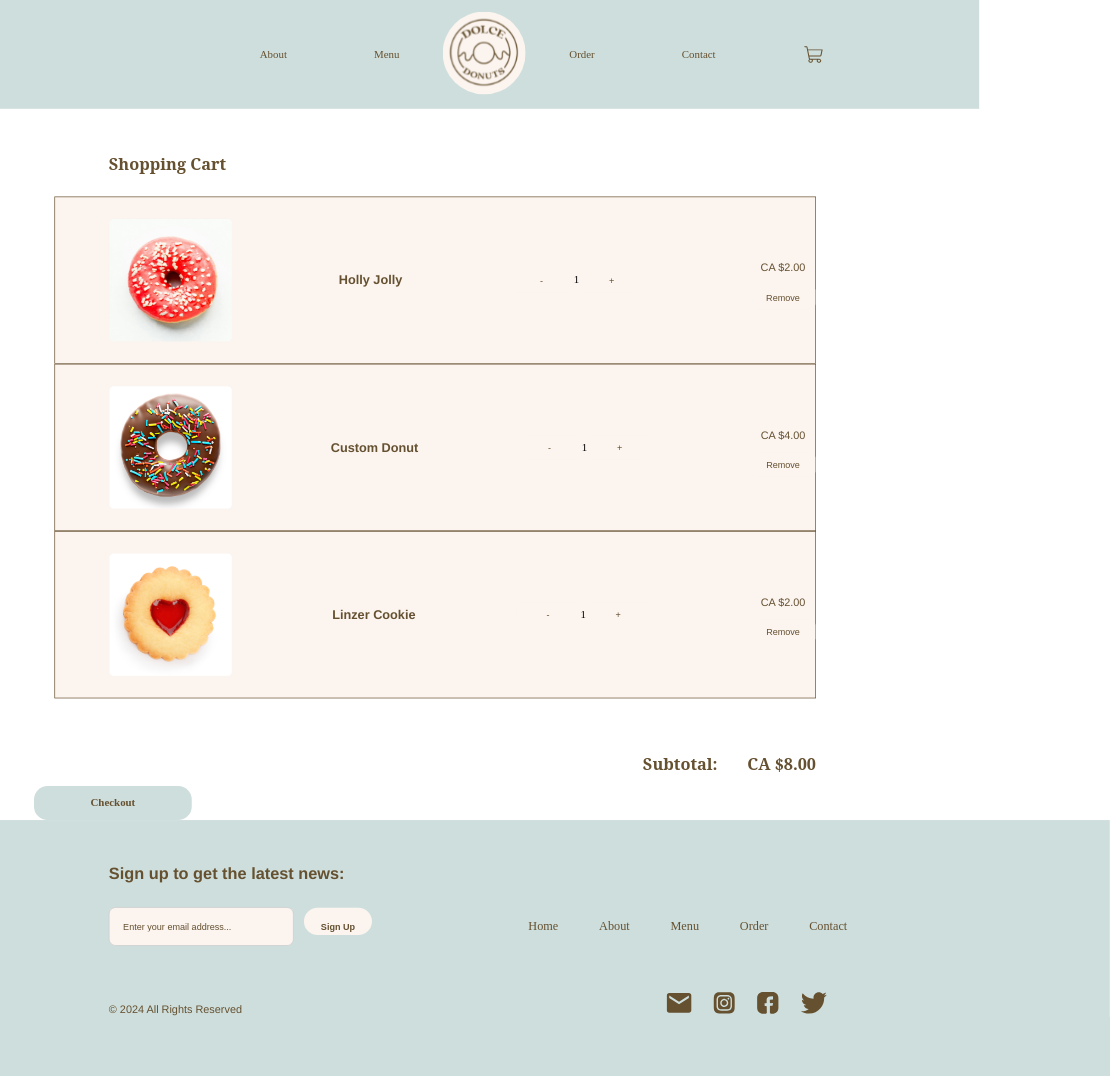
Repository: Crystalhtc/dolcedonuts
Page: /cart
The author's editor kept a copy of each file at every save. The page is drawn from the files as they stood at one save, then again after the next save.
The browser window is 1280 px wide. The page is 1632 px wide, so the pictures cover 1632 px, including what lies to the right of the window. The pictures show the whole page, at 68% of full size.
The project was rebuilt for these pictures with package versions that can differ from the ones it lists, and the page was loaded fresh each time. Also part of the build but not shown: vite.config.js, src/pages/Home.module.css, src/components/ProductCard/ProductCard.jsx, src/Data/products.js, src/pages/Order.css, src/pages/Menu.jsx, src/pages/Order.jsx, src/pages/Contact.module.css and 17 more.

Above is the page before, as saved 2024-10-21 05:48:30.

### src/App.jsx
import React from 'react';
import "./App.css";
import { BrowserRouter as Router, Route, Routes } from 'react-router-dom';
import Header from './components/Header/Header';
import Footer from './components/Footer/Footer';
import Home from './pages/Home';
import Menu from './pages/menu';
import Order from './pages/order';
import Contact from './pages/Contact';
import About from './pages/About';
import Checkout from './pages/Checkout';
import Cart from './pages/Cart';
import ProductDetails from './pages/ProductDetails';
import PaymentReview from './pages/PaymentReview';

function App() {

  return (
    <Router>
      <Header />
      <Routes>
        <Route path="/" element={<Home />} />
        <Route path="/about" element={<About />} />
        <Route path="/menu" element={<Menu />} />
        <Route path="/order" element={<Order />} />
        <Route path="/productdetails/:id" element={<ProductDetails />} />
        <Route path="/contact" element={<Contact />} />
        <Route path="/cart" element={<Cart />} />
        <Route path="/checkout" element={<Checkout />} />
        <Route path="/paymentreview" element={<PaymentReview />} />
      </Routes>
      <Footer />
    </Router>
  );
}

export default App;

### src/App.css
@import url('https://fonts.googleapis.com/css2?family=Arimo:ital,wght@0,400..700;1,400..700&display=swap');
@import url('https://fonts.googleapis.com/css2?family=Noto+Serif:ital,wght@0,100..900;1,100..900&display=swap');

:root {
    --mint: #CEDEDC;
    --cream: #FBF4EF;
    --pink: #F5CCD6;
    --dark-pink: #E3BBC5;
    --brown: #655030;
    --dark-brown: #4C3B22;
}
body {
    margin: 0 auto;
}
/* font */
/* heading, button */
h1 {
    font-family: "Noto Serif", serif;
    color: #655030;
    font-size: 28pt;
}
/* subheading */
h2 {
    font-size: 24pt;
    font-family: 'Arimo', sans-serif;
    color: #655030;
}
/* paragraph */
p {
    font-family: 'Arimo', sans-serif;
    color: #655030;
}

.container {
    max-width: 1440px;
    margin: 0 auto;
    height: auto;
    /* padding: 20px;  */
}

### src/components/Header/Header.jsx
import { NavLink } from 'react-router-dom';
import styles from './Header.module.css';
import logo from '../../assets/logo.svg';
import cartIcon from '../../assets/cart-icon.svg';

export default function Header() {
  return (
    <nav className={styles.nav}>
      <ul className={styles.navList}>
        <li className={styles.navItem}>
          <NavLink to="/about" className={({ isActive }) => (isActive ? styles.activeLink : undefined)}>About</NavLink>
        </li>
        <li className={styles.navItem}>
          <NavLink to="/menu" className={({ isActive }) => (isActive ? styles.activeLink : undefined)}>Menu</NavLink>
        </li>
        <li className={styles.logoContainer}>
          <NavLink to="/">
            <img src={logo} alt="Logo" className={styles.logo} />
          </NavLink>
        </li>
        <li className={styles.navItem}>
          <NavLink to="/order" className={({ isActive }) => (isActive ? styles.activeLink : undefined)}>Order</NavLink>
        </li>
        <li className={styles.navItem}>
          <NavLink to="/contact" className={({ isActive }) => (isActive ? styles.activeLink : undefined)}>Contact</NavLink>
        </li>
        <li className={styles.navItem}>
          <NavLink to="/cart" className={({ isActive }) => (isActive ? styles.activeLink : undefined)}>
            <img src={cartIcon} alt="Cart" className={styles.cartIcon} />
          </NavLink>
        </li>
      </ul>
    </nav>
  );
}

### src/components/Footer/Footer.jsx
import React from 'react';
import styles from './Footer.module.css';
import socialMediaIcons from '../../assets/social-media-icons.svg';

const Footer = () => {
    return (
        <footer className={styles.footer}> {/* Use styles for className */}
            <h2 className={styles.signUpMessage}>Sign up to get the latest news:</h2>

            <div className={styles.topContainer}>
                <div className={styles.newsletterSignup}> {/* Use styles for className */}
                    <input type="email" placeholder="Enter your email address..." />
                       <button className={styles.signupButton}>Sign Up</button> {/* Use styles for className */}
                </div>

                 <div className={styles.footerLinks}>
                     <ul className={styles.linkList}>
                        <li><a href="/">Home</a></li>
                        <li><a href="/about">About</a></li>
                        <li><a href="/menu">Menu</a></li>
                        <li><a href="/order">Order</a></li>
                        <li><a href="/contact">Contact</a></li>
                    </ul>
                </div>
            </div>

            <div className={styles.footerBottomContainer}>
                <p>© 2024 All Rights Reserved</p>
                <div className={styles.socialMedia}> {/* Use styles for className */}
                    <img src={socialMediaIcons} alt="Social Media Icons" />
                </div>
            </div>
        </footer>
    );
};

export default Footer;

### src/pages/Home.jsx
import React from 'react';
import homeBanner from '../assets/home-main-banner.png';
import cardImage1 from '../assets/home-card-img-1.png';
import cardImage2 from '../assets/home-card-img-2.png';
import cardImage3 from '../assets/home-card-img-3.png';
import cardImage4 from '../assets/home-card-img-4.png';
import cardImage5 from '../assets/home-card-img-5.png';
import styles from './Home.module.css';

const cardData = [
    {
        id: 1,
        image: cardImage1,
        text: (
            <div className={styles.addressCard}>
                    <div className={styles.addressColumn}>
                        <h2>Downtown</h2>
                        <p>XXX West Pender St.<br />
                        Vancouver, BC<br />
                        V6B 1V3<br />
                        (604) XXX-XXXX<br />
                        Mon - Fri 9am – 5pm*<br />
                        Sat - Sun 10am – 6pm*<br />
                        *Or until sell out occurs.</p>
                    </div>
                    <div className={styles.addressColumn}>
                        <h2>Mount Pleasant</h2>
                        <p>XXX Main St.<br />
                        Vancouver, BC<br />
                        V4C 2V6<br />
                        (604) XXX-XXXX<br />
                        Mon - Fri 9am – 5pm*<br />
                        Sat - Sun 10am – 6pm*<br />
                        *Or until sell out occurs.</p>
                    </div>
            </div>
        ),
        button: 'About Us',
        link: '/about'
    },
    {
        id: 2,
        image: cardImage2,
        text: 'Choose your favourite toppings, glazes, and flavours to create a personalized donut, just the way you like.',
        button: 'Custom Donut',
        link: '/order'
    },
    {
        id: 3,
        image: cardImage3,
        text: 'Explore sweet delights at Dolce Donuts with our signature treats, freshly baked treats, and expertly crafted coffees. Our menu is designed to satisfy your sweet cravings.',
        button: 'Menu',
        link: '/menu'
    },
    {
        id: 4,
        image: cardImage4,
        text: 'Pre-order our artisanal donuts for pick-up or shipping! We prepare the same selection as in store. Treat yourself to flavour-packed joy.',
        button: 'Pre-Order Online',
        link: '/order'
    },
    {
        id: 5,
        image: cardImage5,
        text: 'We are here to assist with any inquiries or special orders. Drop us a message to help us make your donut dreams come true!',
        button: 'Get in Touch',
        link: '/contact'
    },
];

export default function Home() {
    return (
        <div className={styles.homeContainer}>
            <img
                src={homeBanner}
                alt="Home Main Banner"
                className={styles.homeBanner}
            />

<div className={styles.cardsContainer}>
                {cardData.map((card, index) => (
                    <div
                        key={card.id}
                        className={`${styles.card} ${index % 2 === 0 ? styles.mintBackground : ''} ${index % 2 === 0 ? styles.cardLeft : styles.cardRight}`}
                    >
                        <img
                            src={card.image}
                            alt={`Card ${card.id}`}
                            className={styles.cardImage}
                        />
                        <div className={styles.cardContent}>
                            <p>{card.text}</p>
                            <a href={card.link} className={styles.ctaButton}>{card.button}</a>
                        </div>
                    </div>
                ))}
            </div>
        </div>
    );
}

### src/pages/Cart.jsx
import { useState } from "react";
import styles from "./Cart.module.css";
import MintButton from "../components/MintButton/MintButton";

export default function Cart() {
    const [quantities, setQuantities] = useState({
        hollyJolly: 1,
        customDonut: 1,
        linzerCookie: 1,
    });

    const prices = {
        hollyJolly: 2.00,
        customDonut: 4.00,
        linzerCookie: 2.00,
    };

    const handleAdd = (item) => {
        setQuantities((prevQuantities) => ({
            ...prevQuantities,
            [item]: prevQuantities[item] + 1,
        }));
    };

    const handleRemove = (item) => {
        setQuantities((prevQuantities) => ({
            ...prevQuantities,
            [item]: Math.max(1, prevQuantities[item] - 1),
        }));
    };

    const handleRemoveItem = (item) => {
        setQuantities((prevQuantities) => {
            const newQuantities = { ...prevQuantities };
            delete newQuantities[item];
            return newQuantities;
        });
    };

    const getTotalPrice = (item) => {
        return (quantities[item] * prices[item]).toFixed(2);
    };

    const calculateTotal = () => {
        return Object.keys(quantities).reduce((total, item) => {
            return total + quantities[item] * prices[item];
        }, 0).toFixed(2);
    };

    return (
        <div>
            <h2 className={styles.cartH2}>Shopping Cart</h2>
            <div className={styles.listContainer}>
                {quantities.hollyJolly && (
                    <div className={styles.itemList}>
                        <img
                            src="src/assets/Donut2.png"
                            alt="Red glazed donut"
                            className={styles.donutImg}
                            width={180}
                            height={180}
                        />
                        <h3 className={styles.cookieName}>Holly Jolly</h3>
                        <div className={styles.quantityControls}>
                            <button onClick={() => handleRemove("hollyJolly")}>-</button>
                            <span>{quantities.hollyJolly}</span>
                            <button onClick={() => handleAdd("hollyJolly")}>+</button>
                        </div>
                        <div className={styles.priceRemove}>
                            <p className={styles.totalPrice}>CA ${getTotalPrice("hollyJolly")}</p>
                            <button className={styles.removeBtn} onClick={() => handleRemoveItem("hollyJolly")}>Remove</button>
                        </div>
                    </div>
                )}

                {quantities.customDonut && (
                    <div className={styles.itemList}>
                        <img
                            src="src/assets/Donut1.png"
                            alt="Chocolate glazed donut"
                            className={styles.donutImg}
                            width={180}
                            height={180}
                        />
                        <h3 className={styles.cookieName}>Custom Donut</h3>
                        <div className={styles.quantityControls}>
                            <button onClick={() => handleRemove("customDonut")}>-</button>
                            <span>{quantities.customDonut}</span>
                            <button onClick={() => handleAdd("customDonut")}>+</button>
                        </div>
                        <div className={styles.priceRemove}>
                            <p className={styles.totalPrice}>CA ${getTotalPrice("customDonut")}</p>
                            <button className={styles.removeBtn} onClick={() => handleRemoveItem("customDonut")}>Remove</button>
                        </div>
                    </div>
                )}

                {quantities.linzerCookie && (
                    <div className={styles.itemList}>
                        <img
                            src="src/assets/LinzerCookie.png"
                            alt="Heart butter cookie"
                            className={styles.donutImg}
                            width={180}
                            height={180}
                        />
                        <h3 className={styles.cookieName}>Linzer Cookie</h3>
                        <div className={styles.quantityControls}>
                            <button onClick={() => handleRemove("linzerCookie")}>-</button>
                            <span>{quantities.linzerCookie}</span>
                            <button onClick={() => handleAdd("linzerCookie")}>+</button>
                        </div>
                        <div className={styles.priceRemove}>
                            <p className={styles.totalPrice}>CA ${getTotalPrice("linzerCookie")}</p>
                            <button className={styles.removeBtn} onClick={() => handleRemoveItem("linzerCookie")}>Remove</button>
                        </div>
                    </div>
                )}
            </div>

            <div className={styles.totalContainer}>
                <h2 className={styles.totalH2}>Subtotal: &nbsp;&nbsp;&nbsp;&nbsp;&nbsp; CA ${calculateTotal()}</h2>
                <div className={styles.checkoutBtn} style={{ width: '200px'}}>
                    <MintButton buttonText="Checkout" />
                </div>

            </div>
        </div>
    );
}

### src/components/Header/Header.module.css
.nav {
    width: 1440px;
    height: 160px;
    background-color: var(--mint);
    display: flex;
    justify-content: center;
    flex-shrink: 0;
    margin: auto;
}

.navList {
    list-style-type: none;
    display: flex;
    justify-content: center;
    align-items: center;
    margin: 0;
    padding: 0;
    width: 100%;

    margin-left: 11%;
}

.navItem {
    margin: 0 4rem;
}

.navItem a {
    text-decoration: none;
    color: var(--brown);
}

.logoContainer {
    flex: 0 0 auto;
}

.logo {
    width: 122px;
    height: 122px;
    object-fit: contain;
}

.cartIcon {
    width: 36px;
    height: auto;
}

.navItem .activeLink {
    text-decoration: underline;
    color: var(--brown);
}

### src/components/Footer/Footer.module.css
.footer {
    width: 1440px;
    height: 312px;
    background-color: var(--mint);
    padding: 2rem;
    color: var(--brown);
    padding-left: 10rem;
    flex-shrink: 0;
    margin: auto;
}

.topContainer {
    display: flex;
    align-items: center;
    gap: 10rem;
}

.footerBottomContainer {
    display: flex;
    margin-top: 3rem;
    gap: 39rem;
}

.newsletterSignup input {
    padding: 20px;
    width: 230px;
    border: 1px solid #ccc;
    background-color: var(--cream);
    border-radius: 10px;
}

.signupButton {
    width: 100px;
    padding: 20px;
    margin-left: 15px;
    background-color: var(--cream);
    color: var(--brown);
    font-weight: bold;
    border: none;
    border-radius: 20px;
}

.footerLinks {
    margin: 20px 0;
    display: flex;
    font-size: large;
}

.linkList a {
    color: var(--brown);
    list-style-type: none;
    text-decoration: none;
}

.linkList li {
    text-decoration: none;
    display: inline;
    margin: 0 30px;
}

.socialMedia img {
    width: 250px;
    height: auto;
}

### src/pages/Checkout.module.css
.checkoutContainer {
    display: flex;
    align-items: center;
    justify-content: center;
}

input {
    background-color: var(--cream);
    border: none;
    padding: 1rem;
    border-radius: 4px;
}

.contactInputs {
    display: flex;
    flex-direction: column;
}

.checkoutContainer {
    display: flex;
    justify-content: space-between;
    align-items: start;
    padding: 2rem;
    max-width: 1200px;
    margin: 0 auto;
    gap: 3rem;
}

.leftColumn {
    flex: 2;
}

.rightColumn {
    flex: 1;
    padding: 2rem;
    height: fit-content;
    border-left: 1px solid var(--brown);
}

::placeholder {
    color: var(--brown);
}

h3 {
    color: var(--brown);
}

/* Contact Section */
.contactInputs {
    display: flex;
    flex-direction: column;
    gap: 1rem;
}

/* Delivery Section */
.deliveryOptions {
    display: flex;
    flex-direction: column;
    align-items: center;
}

.deliveryToggle {
    display: flex;
    align-items: center;
    gap: 1rem;
    margin: 1rem 0;
    background-color: var(--cream);
    border-radius: 10px;
    padding: 0.5rem;
    width: 60%;
}

/* Delivery Toggle Buttons */
.deliveryToggle {
    display: flex;
    gap: 1rem; /* Space between buttons */
}

.deliveryToggle button {
    padding: 0.75rem 1rem;
    border: none;
    border-radius: 20px;
    cursor: pointer;
    flex: 1;
    transition: background-color 0.3s ease; /* Smooth transition */
}

/* Default styles */
.pickupButton {
    background-color: transparent; /* Inactive state */
    color: var(--brown); /* Text color */
}

.deliveryButton {
    background-color: transparent; /* Inactive state */
    color: var(--brown); /* Text color */
}

/* Active styles */
.pickupButton.active,
.deliveryButton.active {
    background-color: var(--mint); /* Active button color */
}

/* Hover state */
.deliveryToggle button:hover {
    background-color: pink; /* Hover state */
}

/* Optional: Set a specific color for inactive buttons' text */
.deliveryToggle button:not(.active) {
    color: var(--brown); /* Change to desired inactive text color */
}

.addresses {
    display: flex;
    flex-direction: column;
    gap: 1rem;
}

.downtown, .mountPleasant {
    background-color: var(--cream);
    border-radius: 10px;
    padding: 1rem;
    display: flex;
    gap: 1rem;
    align-items: start;
}


/* Payment Section */
.paymentContainer {
    margin: 1rem 0;
}

.creditCardTitle {
    background: var(--mint);
    padding: 0.5rem 1rem;
    margin-bottom: 1rem;
}

.paymentInputs {
    display: flex;
    flex-direction: column;
    gap: 1rem;
}

.fullWidthInput input {
    width: 100%;
}

.halfWidthInput {
    display: flex;
    justify-content: space-between;
}

.firstHalfInput {
    width: 100%;
}

.secondHalfInput {
    width: 100%;
    display: flex;
    justify-content: end;
}

.firstHalfInput input {
    width: 90%;
}

.secondHalfInput input {
    width: 90%;
}

.halfWidthInputField input {
    width: 50%
}

.paymentInputs > div {
    display: flex;
    gap: 1rem;
}

/* Right Column Styling */
.checkoutProducts {
    display: flex;
    flex-direction: column;
    gap: 1rem;
    margin-bottom: 2rem;
}

.discountCode {
    display: flex;
    gap: 1rem;
    margin-bottom: 2rem;
    height: 3rem;
}

.discountInput {
    flex: 1;
    background: none;
    border: 2px solid var(--mint);
}

.discountButton {
    height: 3rem;
    padding: 0 1.5rem;
    background: none;
    border: none;
    border-radius: 10px;
    cursor: pointer;
    background: var(--cream);
}

.discountButton:hover {
    background: var(--brown);
    color: var(--cream);
}

.price {
    display: flex;
    flex-direction: column;
    margin-bottom: 2rem;
}

.subtotal, .tax, .total {
    display: flex;
    justify-content: space-between;
    align-items: center;
}

.total {
    font-weight: bold;
    font-size: 1.2rem;
    border-top: 1px solid #ccc;
    padding-top: 1rem;
}

/* Section Headers */
h1 {
    margin-bottom: 2rem;
    font-size: 2rem;
}

h2 {
    margin: 2rem 0 1rem 0;
    font-size: 1.5rem;
}

/* Responsive Design */
@media (max-width: 768px) {
    .checkoutContainer {
        flex-direction: column;
        padding: 1rem;
    }

    .rightColumn {
        width: 100%;
    }

    .paymentInputs > div,
    .addressInputs > div {
        flex-direction: column;
    }
}

### src/components/MintButton/MintButton.jsx
import React from 'react';
import { NavLink } from 'react-router-dom';
import styles from './MintButton.module.css';

const MintButton = ({ path, buttonText }) => {
    return (
        <div className={styles.buttonContainer}>
            <div className={styles.button}>
                <NavLink
                    to= {path}
                    className={styles.buttonLink}
                >
                    {buttonText}
                </NavLink>
            </div>
        </div>
    );
};

export default MintButton;

### src/pages/Cart.module.css
.cartH2 {
    font-family: "Noto Serif", serif;
    margin-left: 10rem;
    margin-top: 4rem;
    margin-bottom: 2rem;
}

.listContainer {
    margin-bottom: 5rem;
}

.itemList {
    display: flex;
    background-color: var(--cream);
    border: var(--brown) solid 1px;
    margin-left: 5rem;
    margin-right: 5rem;
    align-items: center;
    justify-content: space-between;
}

.donutImg {
    padding-left: 5rem;
    padding-top: 2rem;
    padding-bottom: 2rem;
}

.cookieName {
    font-family: 'Arimo', sans-serif;;
}

.priceRemove {
    text-align: center;
}

.totalContainer {
    text-align: right;
    margin-right: 5rem;
}

.totalH2 {
    font-family: "Noto Serif", serif;
}

.checkoutBtn {
    margin-left: 50px;
}

### src/components/ProductCard/ProductCard.module.css
.container {
    width: 340px;
    height: 530px;
    border-radius: 8px;
    padding: 18px 8px;
    box-shadow: 0px 4px 4px 0px rgba(0, 0, 0, 0.25);
    display: flex;
    flex-direction: column;
    align-items: center;
}
.priceAndButton {
    display: flex;
    flex-direction: row;
    align-items: center;
    gap: 10em;
}
button {
    width: 95px;
    height: 36px;
    border-radius: 8px;
    border: none;
    color: var(--brown);
    background: var(--Cream, #FBF4EF);
}
button h2 {
    margin: 0;
}

### src/components/MintButton/MintButton.module.css
.buttonContainer {
    width: 100%;
}

.button {
    width: 100%;
}

.button .buttonLink {
    display: block;
    width: 100%;
    padding: 1rem;
    background-color: var(--mint);
    color: var(--brown);
    border: none;
    border-radius: 20px;
    cursor: pointer;
    font-size: 1rem;
    font-weight: bold;
    text-align: center;
    text-decoration: none;
}

.button .buttonLink:hover {
    background-color: var(--pink);
}

Loaded but not shown: index.html (common file); src/main.jsx (common file)

After the next save:
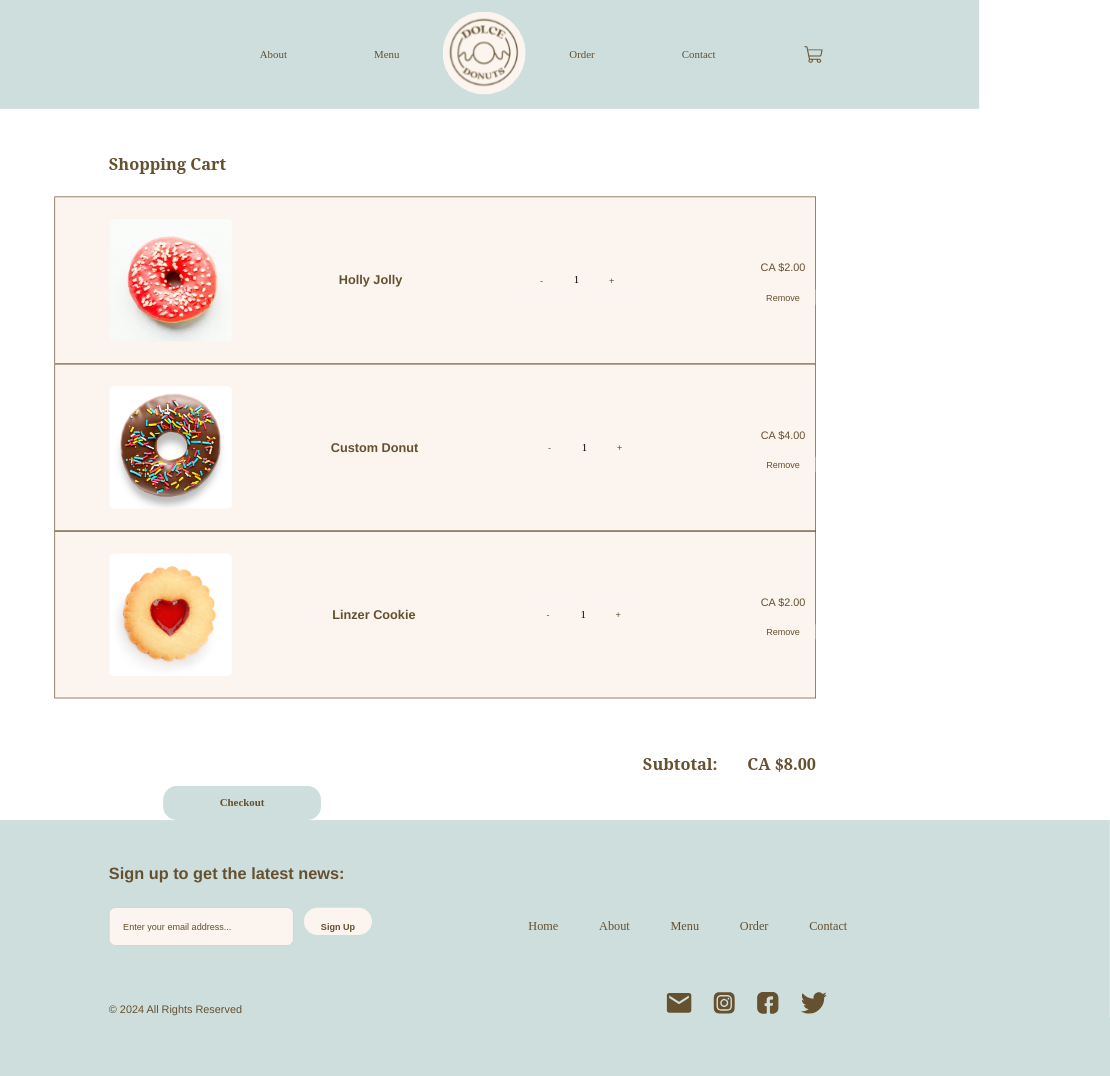
Saved 11 s later.
--- a/src/pages/Cart.module.css
+++ b/src/pages/Cart.module.css
@@ -43,5 +43,5 @@
 }
 
 .checkoutBtn {
-    margin-left: 50px;
+    margin-left: 15rem;
 }
